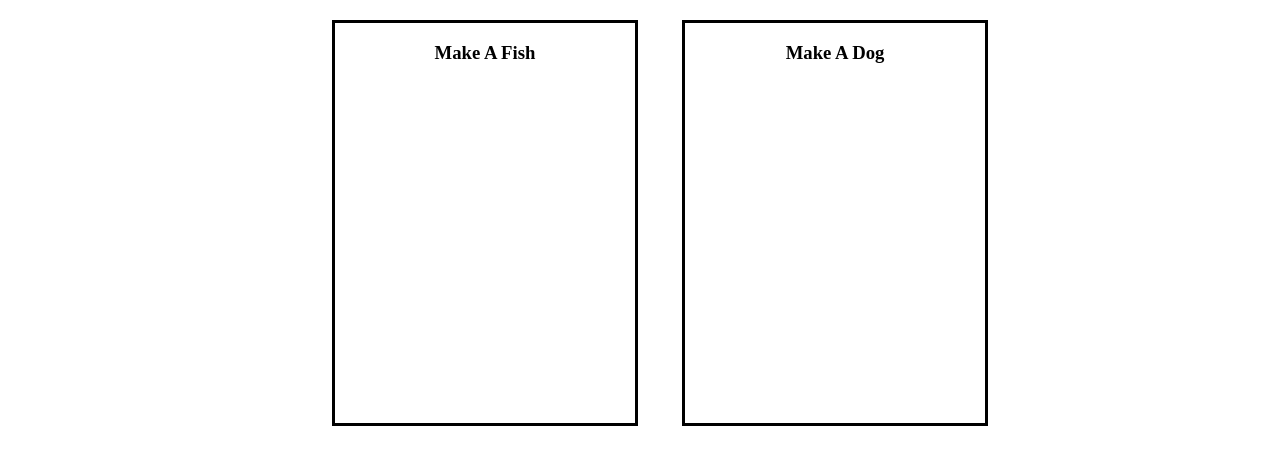
Repository: a-rydzak/Java
Page: http://localhost/Setup/Home
An editor plug-in stored every save of this project. The page is shown before and after the next save, followed by the edit.
The browser window is 1280 px wide. The pictures show the whole page.
The page is served by Tomcat 9. Other server files are loaded and not shown.

Above is the page before, as saved 2019-07-11 14:27:11.

### Java MVC/Pets/Setup/WebContent/WEB-INF/view/Home.jsp
<%@ page language="java" contentType="text/html; charset=ISO-8859-1"
    pageEncoding="ISO-8859-1"%>
<%@ taglib prefix="c" uri="http://java.sun.com/jsp/jstl/core" %>
<!DOCTYPE html>
<html>
<head>
	<meta charset="ISO-8859-1">
	<title>Make A Pet Here</title>
	<style><%@include file="/WEB-INF/css/Home.css"%></style>
</head>
<body>

	<div id="container">

		<div class="petForm">
			<h3>Make A Fish</h3>
		</div>

		<div class="petForm">
			<h3>Make A Dog</h3>
		</div>

	</div>

</body>
</html>

### Java MVC/Pets/Setup/WebContent/WEB-INF/css/Home.css
@charset "ISO-8859-1";
body, #container, .petForm{
	margin:0;
	padding:0;
}

#container{
	width:100%;
	boder-style:solid;
	border-color:red;
	text-align:center;
}
.petForm{
	margin-top:20px;
	margin-left:40px;
	display:inline-block;
	height:400px;
	width:300px;
	border-style:solid;
	border-color:black;


}

### Java MVC/Pets/Setup/src/com/andrewrydzak/web/controllers/Home.java
package com.andrewrydzak.web.controllers;

import java.io.IOException;

import javax.servlet.RequestDispatcher;
import javax.servlet.ServletException;
import javax.servlet.annotation.WebServlet;
import javax.servlet.http.HttpServlet;
import javax.servlet.http.HttpServletRequest;
import javax.servlet.http.HttpServletResponse;

/**
 * Servlet implementation class Home
 */
@WebServlet("/Home")
public class Home extends HttpServlet {
	private static final long serialVersionUID = 1L;

    /**
     * @see HttpServlet#HttpServlet()
     */
    public Home() {
        super();
        // TODO Auto-generated constructor stub
    }

	/**
	 * @see HttpServlet#doGet(HttpServletRequest request, HttpServletResponse response)
	 */
	protected void doGet(HttpServletRequest request, HttpServletResponse response) throws ServletException, IOException {
        RequestDispatcher view = request.getRequestDispatcher("/WEB-INF/view/Home.jsp");
        view.forward(request, response);
	}

	/**
	 * @see HttpServlet#doPost(HttpServletRequest request, HttpServletResponse response)
	 */
	protected void doPost(HttpServletRequest request, HttpServletResponse response) throws ServletException, IOException {
		// TODO Auto-generated method stub
		doGet(request, response);
	}

}

After the next save:
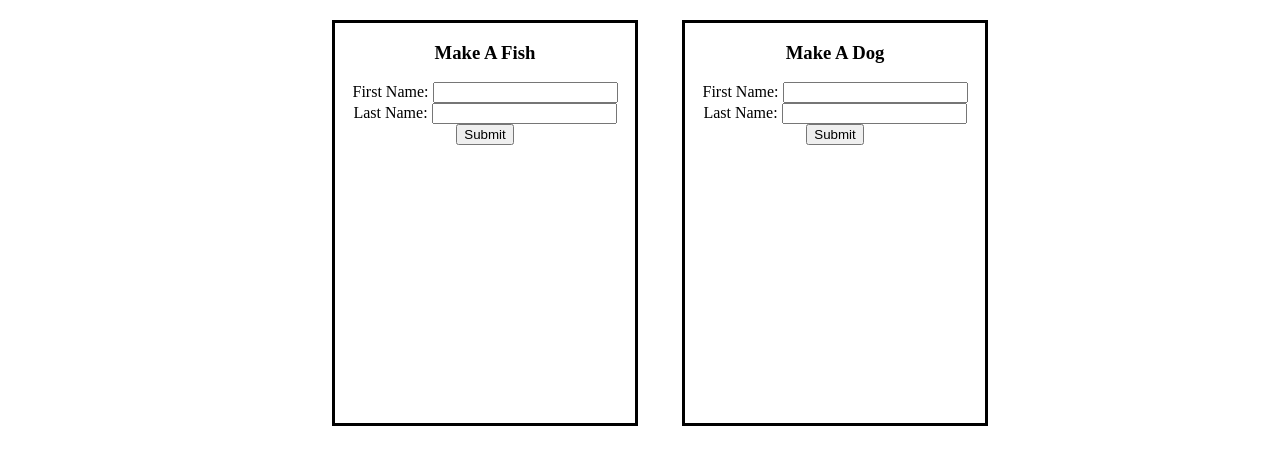
Saved 3 min 12 s later.
--- a/Java MVC/Pets/Setup/WebContent/WEB-INF/view/Home.jsp
+++ b/Java MVC/Pets/Setup/WebContent/WEB-INF/view/Home.jsp
@@ -14,10 +14,22 @@
 
 		<div class="petForm">
 			<h3>Make A Fish</h3>
+		      <form action = "main.jsp" method = "POST">
+		         First Name: <input type = "text" name = "first_name">
+		         <br />
+		         Last Name: <input type = "text" name = "last_name" />
+		         <input type = "submit" value = "Submit" />
+		      </form>
 		</div>
 
 		<div class="petForm">
 			<h3>Make A Dog</h3>
+		      <form action = "main.jsp" method = "POST">
+		         First Name: <input type = "text" name = "first_name">
+		         <br />
+		         Last Name: <input type = "text" name = "last_name" />
+		         <input type = "submit" value = "Submit" />
+		      </form>
 		</div>
 
 	</div>
